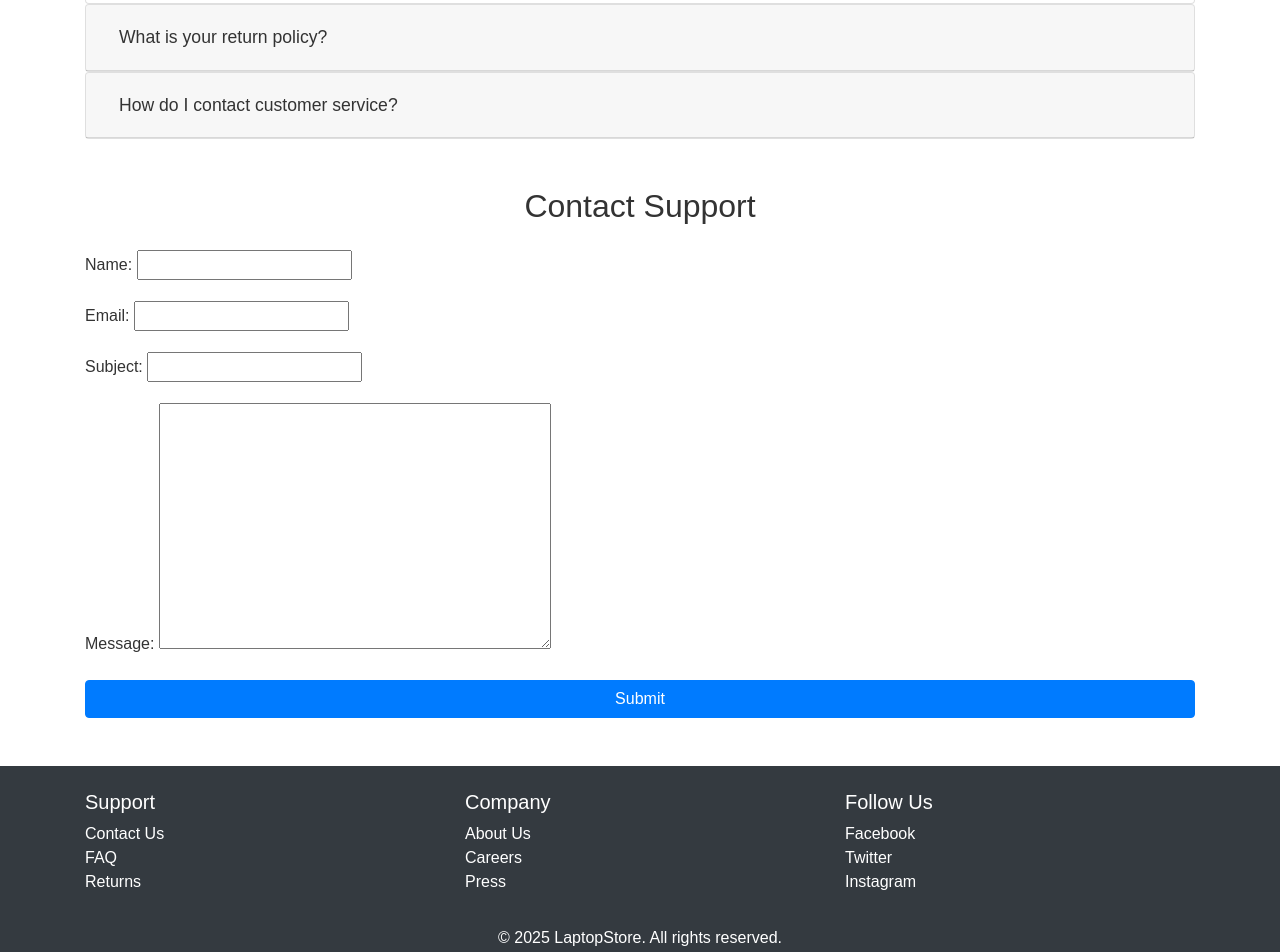
Repository: karim0829/IS218-Django-Laptop-Display
Page: http://localhost/feedback/
An editor plug-in stored every save of this project. The page is shown before and after the next save, followed by the edit.
The browser window is 1280 px wide. The pictures show the part of the page from y = 670 to 1622 px (the page is 1644 px tall before and 1654 px after).
Some web libraries are served in a nearby version. The page is served by the project's application, run on Django 5.2 (manage.py). Other server files are loaded and not shown.

Above is the page before, as saved 2025-05-10 12:03:33.

### homepage/templates/homepage/support.html
<!DOCTYPE html>
<html lang="en">
  <head>
    <meta charset="UTF-8" />
    <meta name="viewport" content="width=device-width, initial-scale=1" />
    <title>Support - LaptopStore</title>
    <!-- Bootstrap CSS for layout and components -->
    <link
      rel="stylesheet"
      href="https://maxcdn.bootstrapcdn.com/bootstrap/4.0.0/css/bootstrap.min.css"
    />
    <!-- External CSS -->
    <link rel="stylesheet" href="style/style.css" />
  </head>
  <body>
    <!-- Navigation -->
    <nav class="navbar navbar-expand-lg navbar-light bg-light">
      <a class="navbar-brand" href="index.html">LaptopStore</a>
      <button
        class="navbar-toggler"
        type="button"
        data-toggle="collapse"
        data-target="#navbarNav"
      >
        <span class="navbar-toggler-icon"></span>
      </button>
      <div class="collapse navbar-collapse" id="navbarNav">
        <!-- You may use the same navigation options from your main site -->
        <ul class="navbar-nav mr-auto">
          <li class="nav-item">
            <a class="nav-link" href="HighEndLaptop.html">High End Laptop</a>
          </li>
          <li class="nav-item">
            <a class="nav-link" href="StudioLaptops.html">Studio Laptop</a>
          </li>
          <li class="nav-item">
            <a class="nav-link" href="BudgetLaptops.html">Budget Laptop</a>
          </li>
        <ul class="navbar-nav ml-auto">
          <li class="nav-item active">
            <a class="nav-link" href="support.html">Support</a>
          </li>
        </ul>
      </div>
    </nav>

    <!-- Support Hero Section -->
    <section class="support-hero text-center">
      <div class="support-hero-overlay">
        <div class="container">
          <h1 class="display-4 text-white">Support Center</h1>
          <p class="lead text-white">
            We’re here to help you with your questions and concerns
          </p>
        </div>
      </div>
    </section>

    <!-- FAQ Section -->
    <section class="container my-5">
      <h2 class="text-center mb-4">Frequently Asked Questions</h2>
      <div id="faqAccordion">
        <div class="card">
          <div class="card-header" id="headingOne">
            <h5 class="mb-0">
              <button
                class="btn btn-link"
                data-toggle="collapse"
                data-target="#collapseOne"
                aria-expanded="true"
                aria-controls="collapseOne"
              >
                How do I track my order?
              </button>
            </h5>
          </div>
          <div
            id="collapseOne"
            class="collapse show"
            aria-labelledby="headingOne"
            data-parent="#faqAccordion"
          >
            <div class="card-body">
              You can track your order by visiting the order tracking section on
              our website and entering your order ID.
            </div>
          </div>
        </div>
        <div class="card">
          <div class="card-header" id="headingTwo">
            <h5 class="mb-0">
              <button
                class="btn btn-link collapsed"
                data-toggle="collapse"
                data-target="#collapseTwo"
                aria-expanded="false"
                aria-controls="collapseTwo"
              >
                What is your return policy?
              </button>
            </h5>
          </div>
          <div
            id="collapseTwo"
            class="collapse"
            aria-labelledby="headingTwo"
            data-parent="#faqAccordion"
          >
            <div class="card-body">
              Our return policy allows you to return most items within 30 days
              of purchase. Please check our returns page for more details.
            </div>
          </div>
        </div>
        <div class="card">
          <div class="card-header" id="headingThree">
            <h5 class="mb-0">
              <button
                class="btn btn-link collapsed"
                data-toggle="collapse"
                data-target="#collapseThree"
                aria-expanded="false"
                aria-controls="collapseThree"
              >
                How do I contact customer service?
              </button>
            </h5>
          </div>
          <div
            id="collapseThree"
            class="collapse"
            aria-labelledby="headingThree"
            data-parent="#faqAccordion"
          >
            <div class="card-body">
              You can contact our customer service team via phone, email, or by
              filling out the contact form on this page.
            </div>
          </div>
        </div>
      </div>
    </section>





    <!-- Contact Form Section -->
    <section class="container my-5">
      <h2 class="text-center mb-4">Contact Support</h2>
      <form method = "post">
        {% csrf_token %}
        {{ form.as_p }}


        <button type="submit" class="btn btn-primary btn-block">Submit</button>
      </form>
    </section>

    <!-- Footer -->
    <footer class="bg-dark text-white py-4">
      <div class="container">
        <div class="row">
          <div class="col-md-4">
            <h5>Support</h5>
            <ul class="list-unstyled">
              <li><a href="support.html" class="text-white">Contact Us</a></li>
              <li><a href="support.html" class="text-white">FAQ</a></li>
              <li><a href="support.html" class="text-white">Returns</a></li>
            </ul>
          </div>
          <div class="col-md-4">
            <h5>Company</h5>
            <ul class="list-unstyled">
              <li><a href="AboutUs.html" class="text-white">About Us</a></li>
              <li><a href="#" class="text-white">Careers</a></li>
              <li><a href="#" class="text-white">Press</a></li>
            </ul>
          </div>
          <div class="col-md-4">
            <h5>Follow Us</h5>
            <ul class="list-unstyled">
              <li><a href="#" class="text-white">Facebook</a></li>
              <li><a href="#" class="text-white">Twitter</a></li>
              <li><a href="#" class="text-white">Instagram</a></li>
            </ul>
          </div>
        </div>
        <div class="text-center mt-3">
          &copy; 2025 LaptopStore. All rights reserved.
        </div>
      </div>
    </footer>

    <!-- Bootstrap JS, Popper.js, and jQuery -->
    <script src="https://code.jquery.com/jquery-3.2.1.slim.min.js"></script>
    <script src="https://cdnjs.cloudflare.com/ajax/libs/popper.js/1.12.9/umd/popper.min.js"></script>
    <script src="https://maxcdn.bootstrapcdn.com/bootstrap/4.0.0/js/bootstrap.min.js"></script>
  </body>
</html>

### homepage/forms.py
from django import forms
from .models import Registration, Review, Laptop

# Contact form
class RegistrationForm(forms.ModelForm):
    class Meta:
        model = Registration
        fields = ['name', 'email', 'subject', 'message']

# Feedback form (THIS is the one for users to review laptops)
class ReviewForm(forms.ModelForm):
    class Meta:
        model = Review
        fields = ['laptop', 'rating', 'comment']
        widgets = {
            'rating': forms.NumberInput(attrs={'min': 1, 'max': 5}),
            'comment': forms.Textarea(attrs={'rows': 4, 'placeholder': 'Write your thoughts here...'}),
        }

### homepage/models.py
from django.db import models
#
# Create your models here.
#database 1 - luis idk if it is good i didnt do anything in terminal because i do not know how to integrate it within my system( You can change if you want , I just wanted to see if this is good )
#4.17 - karim - Created registration table... thinking about changing it to a contact form.  commented out images for now. Dont think we'll need it but you did great starting off the database
#4.17 - karim - Migrations are updated and database is deployed. Website is functional.
# u can start off forms if youd like

class Laptop(models.Model):
    name = models.CharField(max_length=100) #macbook air
    brand = models.CharField(max_length=50) #dell,windows,
    os = models.CharField(max_length=50) #is it a mac or windows etc
    type = models.CharField(max_length=50) #type of laptop
    price = models.DecimalField(max_digits=7, decimal_places=2) #js the price of the laptop
    rating = models.IntegerField() #rating on if they should get it
    description = models.TextField() #description about the certian laptop what specs are in it etc
    release_year = models.IntegerField() #what year it came out
    #image = models.ImageField(upload_to='laptop_images/', blank=True) #idk if this one is good might need to change

    def __str__(self):
        return f"{self.brand} {self.name}"




#Adding User Registration Table

class Registration(models.Model):
    name = models.CharField(max_length = 30)
    email = models.CharField(max_length=30)
    subject = models.CharField(max_length=30)
    message = models.TextField(max_length=500)

    def __str__(self):
        return self.name

class Review(models.Model):
    name = models.ForeignKey(Registration, on_delete=models.CASCADE)
    laptop = models.ForeignKey(Laptop, on_delete=models.CASCADE)
    rating = models.IntegerField()
    comment = models.TextField()
    timestamp = models.DateTimeField(auto_now_add=True)

    def __str__(self):
        return f"{self.laptop.name} - {self.rating} Stars"

### homepage/views.py
from datetime import datetime
from django.shortcuts import redirect, render
from django.http import HttpResponse
from django.template import loader

from homepage.forms import RegistrationForm

# Create your views here.

def index(request):
    return render(request, "homepage/index.html")

def about(request):
    return render(request, "homepage/about.html")

def contact(request):
    return render(request, "homepage/contact.html")


def support(request):
    return render(request, "homepage/support.html")


#contact
def review_form(request):
    form = RegistrationForm(request.POST or None)

    if request.method == "POST":
        if form.is_valid():
            message = form.save(commit=False)
            message.log_date = datetime.now()
            message.save()
            return redirect("support")

        else:
            return render(request, "homepage/support.html", {"form":form})

    return render(request, "homepage/support.html", {"form":form})

### laptops/urls.py
"""
URL configuration for laptops project.

The `urlpatterns` list routes URLs to views. For more information please see:
    https://docs.djangoproject.com/en/5.2/topics/http/urls/
Examples:
Function views
    1. Add an import:  from my_app import views
    2. Add a URL to urlpatterns:  path('', views.home, name='home')
Class-based views
    1. Add an import:  from other_app.views import Home
    2. Add a URL to urlpatterns:  path('', Home.as_view(), name='home')
Including another URLconf
    1. Import the include() function: from django.urls import include, path
    2. Add a URL to urlpatterns:  path('blog/', include('blog.urls'))
"""
from django.contrib import admin
from django.urls import path
from django.urls import include



urlpatterns = [
    path('admin/', admin.site.urls),
    path('', include('homepage.urls'))
]

### homepage/urls.py
from django.urls import path
from . import views

urlpatterns = [
    path("index/", views.index, name="index"),
    path("about/", views.about, name="about"),
    path("contact/", views.contact, name="contact"),
    path("support/", views.support, name="support"),
    path("feedback/", views.review_form, name="feedback")


]

### homepage/static/homepage/style.css
/* General Styles */
.navbar-nav .nav-item {
  margin-right: 20px;
}

.carousel-item img {
  height: 100%;
  object-fit: cover;
  width: 100%;
  object-position: center top;
}

.carousel-inner img {
  width: 100%;
  height: 450px;
  object-fit: cover;
}

.carousel-item {
  height: 400px;
  background-size: cover;
  background-position: center;
}

.product-card img {
  height: 200px;
  object-fit: cover;
}

/* Footer Styles */
footer a {
  text-decoration: none;
}
/* General Styles */
body {
  font-family: Arial, sans-serif;
  margin: 0;
  background-color: #fff;
  color: #333;
}

/* Navigation Styles */
.navbar {
  background-color: #fff;
  border-bottom: 1px solid #eee;
  padding: 0.8rem 1rem;
}

.navbar-brand {
  font-weight: bold;
  font-size: 1.5rem;
}

.navbar-nav .nav-link {
  margin: 0 10px;
  color: #333;
}

.navbar-nav .nav-link:hover {
  color: #007bff;
}

/* Support Hero Section */
.support-hero {
  background: url("support-hero.jpg") center center/cover no-repeat;
  height: 50vh;
  position: relative;
  display: flex;
  justify-content: center;
  align-items: center;
}

.support-hero-overlay {
  background-color: rgba(0, 0, 0, 0.5);
  width: 100%;
  height: 100%;
  display: flex;
  align-items: center;
}

.support-hero .container {
  position: relative;
  z-index: 2;
  text-align: center;
}

/* FAQ Section Styles */
.card-header button {
  width: 100%;
  text-align: left;
  color: #333;
  font-size: 1.1rem;
}

/* Contact Form */
form .form-group label {
  font-weight: bold;
}

/* Footer Styles */
footer {
  background-color: #343a40;
  color: #fff;
}

footer a {
  text-decoration: none;
}
/* General Styles */
body {
  font-family: Arial, sans-serif;
  margin: 0;
  background-color: #fff;
  color: #333;
}

/* Navigation Styles */
.navbar {
  background-color: #fff;
  border-bottom: 1px solid #eee;
  padding: 0.8rem 1rem;
}

.navbar-brand {
  font-weight: bold;
  font-size: 1.5rem;
}

.navbar-nav .nav-link {
  margin: 0 10px;
  color: #333;
}

.navbar-nav .nav-link:hover {
  color: #007bff;
}

/* About Us Hero Section */
.about-hero {
  background: url("about-hero.jpg") center center/cover no-repeat;
  height: 50vh;
  position: relative;
  display: flex;
  justify-content: center;
  align-items: center;
}

.about-hero-overlay {
  background-color: rgba(0, 0, 0, 0.5);
  width: 100%;
  height: 100%;
  display: flex;
  justify-content: center;
  align-items: center;
}

/* Team Section Styles */
.team-photo {
  width: 150px;
  height: 150px;
  object-fit: cover;
}

/* Footer Styles */
footer {
  background-color: #343a40;
  color: #fff;
  padding: 20px 0;
}

footer a {
  text-decoration: none;
}
/* General Styles */
body {
  font-family: Arial, sans-serif;
  margin: 0;
  background-color: #fff;
  color: #333;
}

/* Navigation Styles */
.navbar {
  background-color: #fff;
  border-bottom: 1px solid #eee;
  padding: 0.8rem 1rem;
}

.navbar-brand {
  font-weight: bold;
  font-size: 1.5rem;
}

.navbar-nav .nav-link {
  margin: 0 10px;
  color: #333;
}

.navbar-nav .nav-link.active,
.navbar-nav .nav-link:hover {
  color: #007bff;
}

/* Product Cards */
.product-card img {
  width: 100%;
  height: 180px;
  object-fit: contain;
  padding: 10%;
  background-color: #fff;
}

/* Footer Styles */
footer {
  background-color: #343a40;
  color: #fff;
}

footer a {
  text-decoration: none;
}

/* Utility Classes */
.text-white {
  color: #fff !important;
}

After the next save:
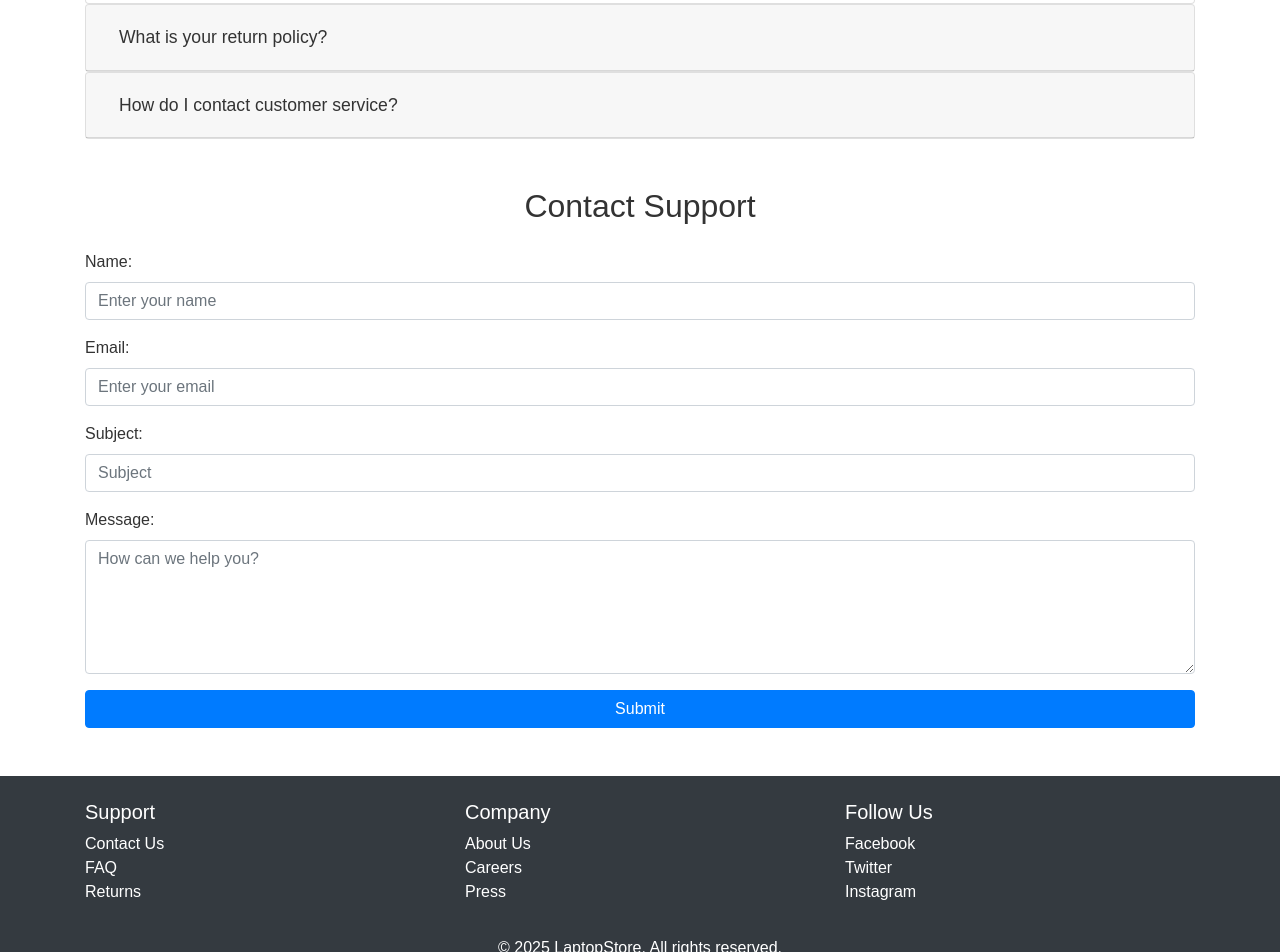
Saved 3 min 54 s later.
--- a/homepage/forms.py
+++ b/homepage/forms.py
@@ -6,6 +6,12 @@ class RegistrationForm(forms.ModelForm):
     class Meta:
         model = Registration
         fields = ['name', 'email', 'subject', 'message']
+        widgets = {
+            'name': forms.TextInput(attrs={'class': 'form-control', 'placeholder': 'Enter your name'}),
+            'email': forms.EmailInput(attrs={'class': 'form-control', 'placeholder': 'Enter your email'}),
+            'subject': forms.TextInput(attrs={'class': 'form-control', 'placeholder': 'Subject'}),
+            'message': forms.Textarea(attrs={'class': 'form-control', 'placeholder': 'How can we help you?', 'rows': 5}),
+        }
 
 # Feedback form (THIS is the one for users to review laptops)
 class ReviewForm(forms.ModelForm):
